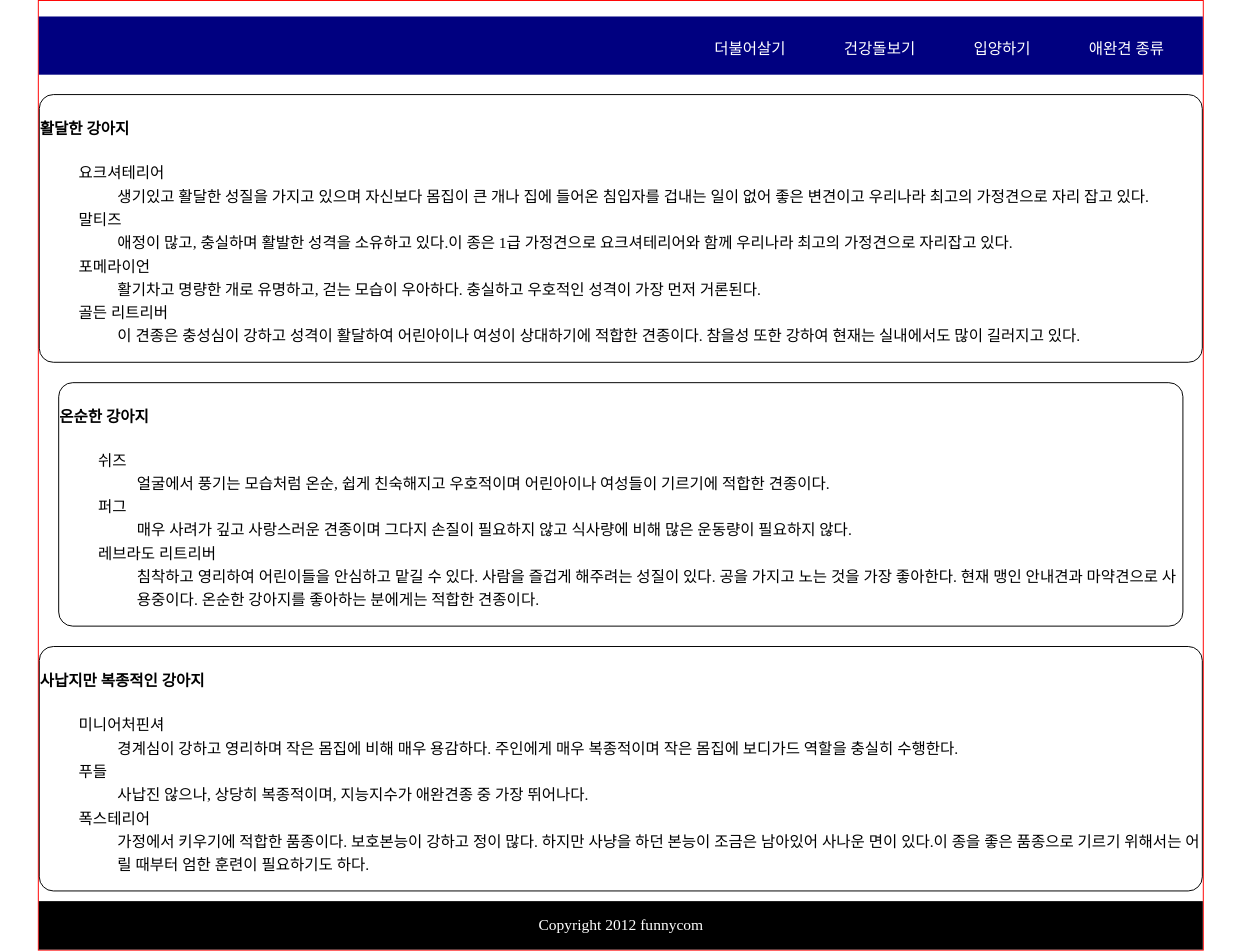
Repository: b1996om/HTML-CSS_study
Page: Practice/public/prac_06.html
The author's editor kept a copy of each file at every save. The page is drawn from the files as they stood at one save, then again after the next save.
The browser window is 1280 px wide. The pictures show the whole page, at 97% of full size.

Above is the page before, as saved 2022-12-12 08:23:37.

After the next save:
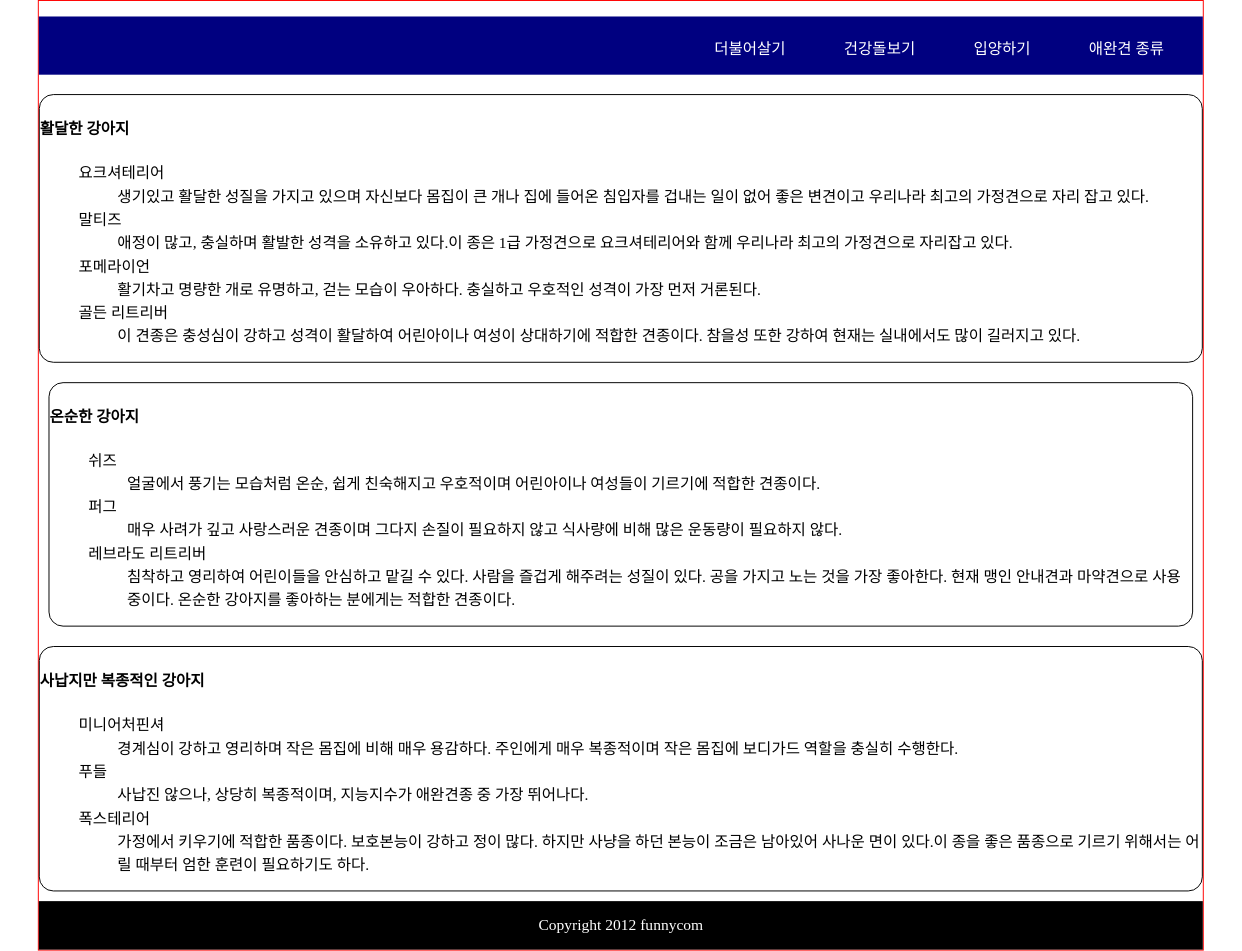
Saved 20 s later.
--- a/Practice/public/prac_06.html
+++ b/Practice/public/prac_06.html
@@ -38,7 +38,7 @@
 			border-radius:15px;
 		}
 		.pet2 {
-			margin:20px;
+			margin:10px;
 			margin-top:20px;
 			border:1px solid black;
 			border-radius:15px;
